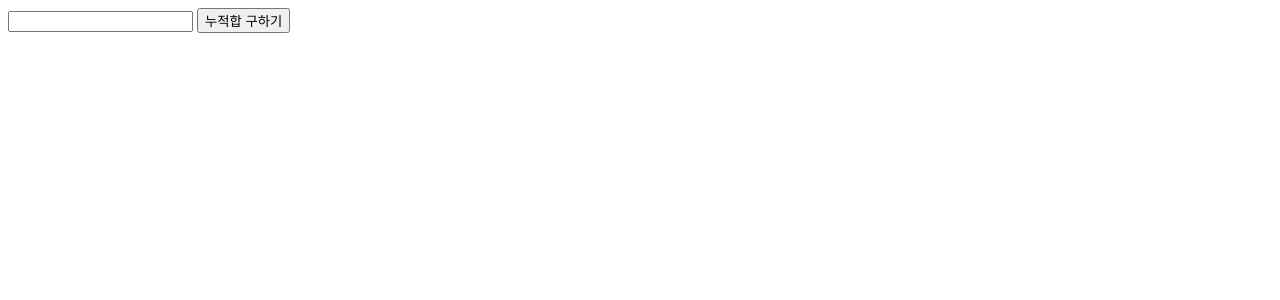
Repository: Jin0207/javaScript
Page: http://localhost/day1230/NewFile.jsp
An editor plug-in stored every save of this project. The page is shown before and after the next save, followed by the edit.
The browser window is 1280 px wide. The pictures show the whole page.
The page is served by Tomcat 9.

Above is the page before, as saved 2021-12-30 08:36:57.

### day1230/src/main/webapp/NewFile.jsp
<%@ page language="java" contentType="text/html; charset=UTF-8"
    pageEncoding="UTF-8"%>
<!DOCTYPE html>
<html>
<head>
<meta charset="UTF-8">
<title>Insert title here</title>
<script type="text/javascript">
	function cumulated () {
		const num = document.getElementById("num").value;
		let re = 0;

		for(let i = 1; i <= num; i++){
			re += i;
		}

		document.getElementById("re").innerHTML=re;
	}
</script>
</head>
<body>
	<input type="text" id="num">
	<button onclick="cumulated()">누적합 구하기</button>
	<span id="re"></span>
</body>
</html>

After the next save:
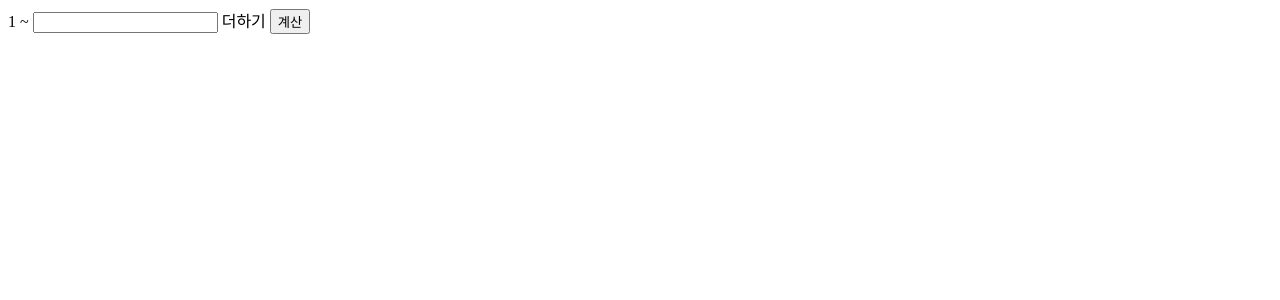
Saved 51 s later.
--- a/day1230/src/main/webapp/NewFile.jsp
+++ b/day1230/src/main/webapp/NewFile.jsp
@@ -19,8 +19,8 @@
 </script>
 </head>
 <body>
-	<input type="text" id="num">
-	<button onclick="cumulated()">누적합 구하기</button>
+	1 ~ <input type="text" id="num"> 더하기
+	<button onclick="cumulated()">계산</button>
 	<span id="re"></span>
 </body>
 </html>
